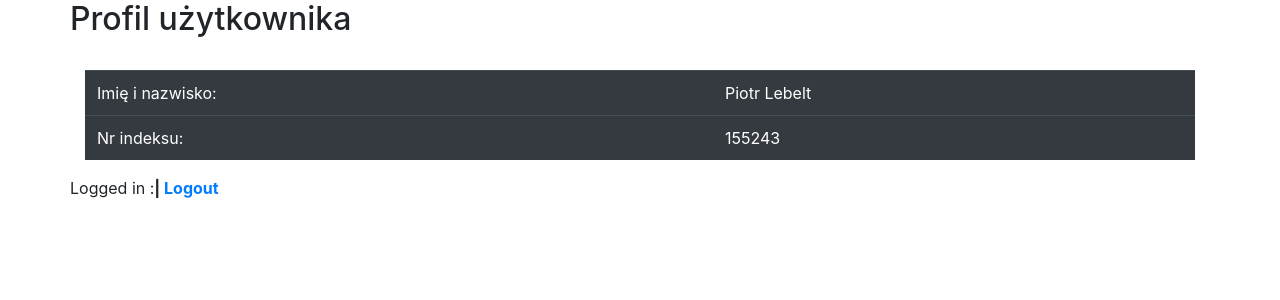
Repository: LPiotr/pythonflask
Page: templates/user.html
These files come from the project's save history. The page is drawn as it stood at one moment and after the next save; the edit follows.
The browser window is 1280 px wide. The pictures show the whole page.
The page is served by the project's application, run on Flask 3 (app.py). The template is opened directly, without the code that normally fills it, so the values that code supplies are empty.

Above is the page before, as saved 2023-07-02 12:39:35.

After the next save:
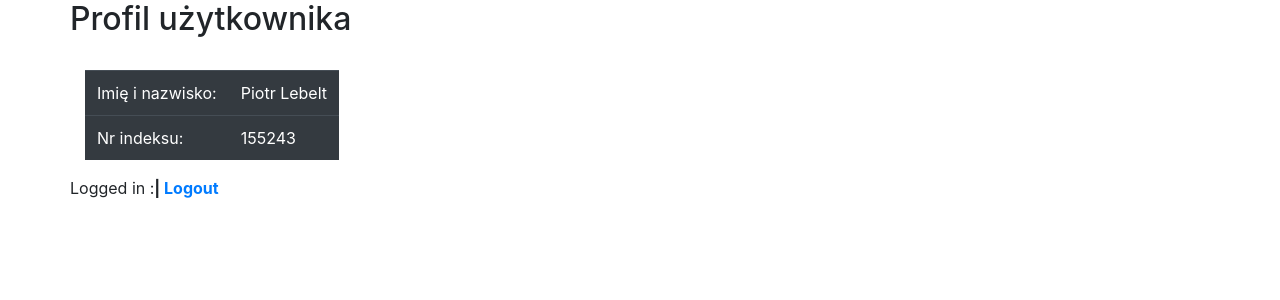
Saved 44 s later.
--- a/templates/user.html
+++ b/templates/user.html
@@ -13,7 +13,7 @@
             <h2>Profil użytkownika</h2>
         </div>
         <br>
-        <table class="table table-hover table-dark table-responsive-sm">
+        <table class="table table-hover table-dark w-auto">
             <tr>
                 <td>Imię i nazwisko:</td>
                 <td>Piotr Lebelt</td>
